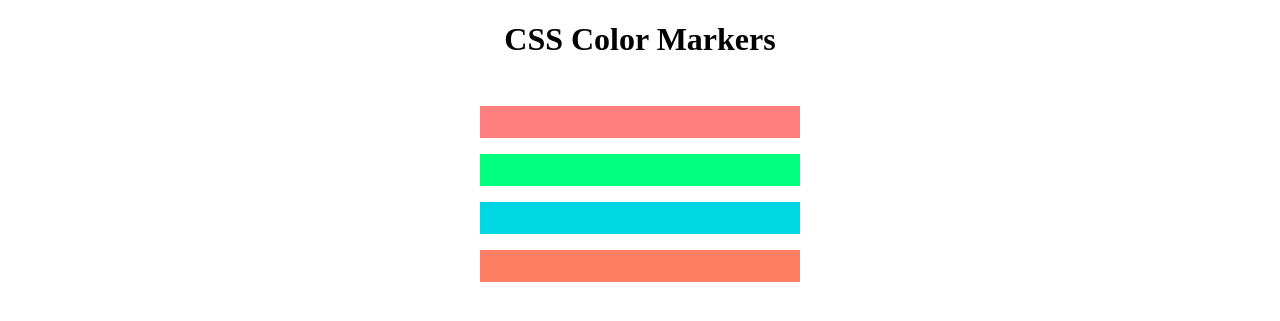
Repository: Lungdjos/color_markers
Page: index.html
The author's editor kept a copy of each file at every save. The page is drawn from the files as they stood at one save, then again after the next save.
The browser window is 1280 px wide. The pictures show the whole page.

Above is the page before, as saved 2023-09-13 11:24:02.

After the next save:
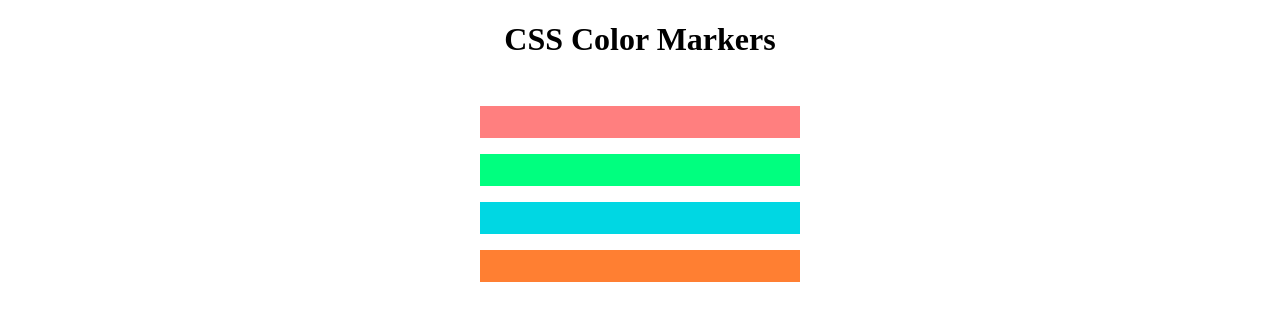
Saved 16 s later.
--- a/styles.css
+++ b/styles.css
@@ -24,7 +24,7 @@ h1 {
 }
 
 .four {
-    background-color: rgb(255, 127, 100);
+    background-color: rgb(255, 127, 50);
 }
 
 .container {
